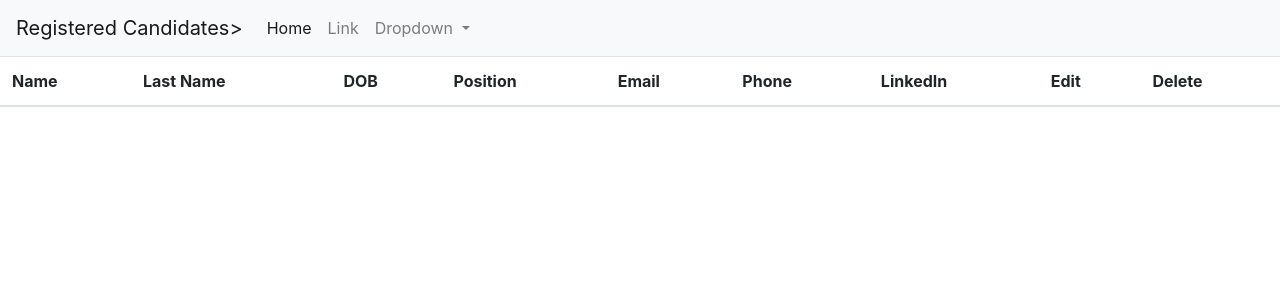
Repository: vinayvinay25794/RegistrationDemo
Page: http://localhost/allRegistrations
The author's editor kept a copy of each file at every save. The page is drawn from the files as they stood at one save, then again after the next save.
The browser window is 1280 px wide. The pictures show the whole page.
Some web libraries are served in a nearby version. The page is this project's Thymeleaf template; nobody is signed in. The template is opened directly, without the code that normally fills it, so the values that code supplies are empty.

Above is the page before, as saved 2021-03-18 12:48:37.

After the next save:
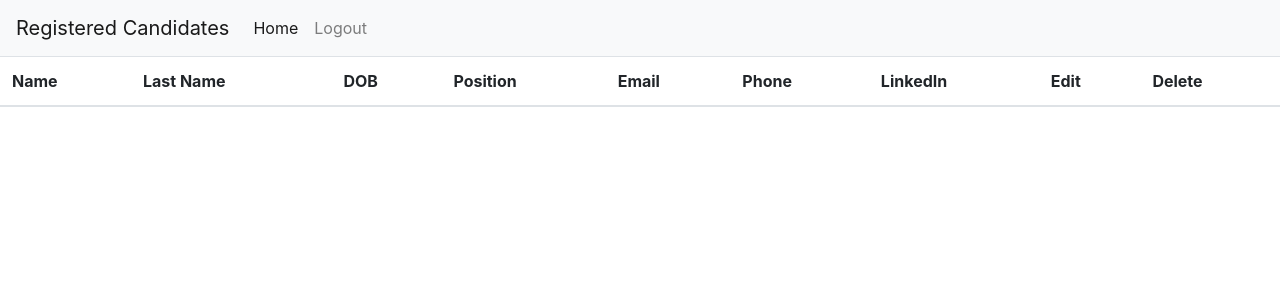
Saved 4 min 17 s later.
--- a/Hibernate/src/main/resources/templates/allRegistrations.html
+++ b/Hibernate/src/main/resources/templates/allRegistrations.html
@@ -11,7 +11,7 @@
 <body>
 
  	<nav class="navbar navbar-expand-lg navbar-light bg-light">
-  <a class="navbar-brand" href="#" th:href="@{/}">Registered Candidates></a>
+  <a class="navbar-brand" href="#" th:href="@{/}"> Registered Candidates </a>
   <button class="navbar-toggler" type="button" data-toggle="collapse" data-target="#navbarSupportedContent" aria-controls="navbarSupportedContent" aria-expanded="false" aria-label="Toggle navigation">
     <span class="navbar-toggler-icon"></span>
   </button>
@@ -22,17 +22,9 @@
         <a class="nav-link" href="#">Home <span class="sr-only">(current)</span></a>
       </li>
       <li class="nav-item">
-        <a class="nav-link" href="#">Link</a>
+        <a class="nav-link" href="/" th:href="@{/registration}">Logout</a>
       </li>
-      <li class="nav-item dropdown">
-        <a class="nav-link dropdown-toggle" href="#" id="navbarDropdown" role="button" data-toggle="dropdown" aria-haspopup="true" aria-expanded="false">
-          Dropdown
-        </a>
-
-      </li>
-
-    </ul>
-
+      </ul>
   </div>
 </nav>
 
